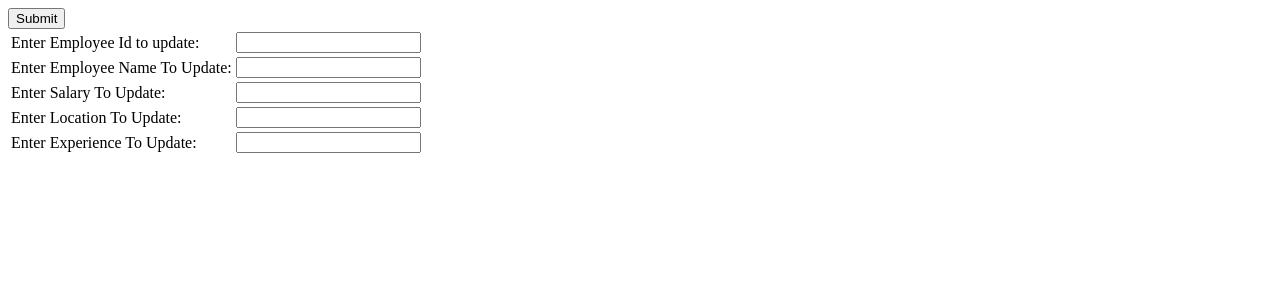
Repository: mounikagunda/corejavaproject
Page: http://localhost/projectjsp1/Update.jsp
An editor plug-in stored every save of this project. The page is shown before and after the next save, followed by the edit.
The browser window is 1280 px wide. The pictures show the whole page.
The page is served by Tomcat 9. Other server files are loaded and not shown.

Above is the page before, as saved 2016-12-21 06:35:55.

### projectjsp1/WebContent/Update.jsp
<%@ page language="java" contentType="text/html; charset=ISO-8859-1"
    pageEncoding="ISO-8859-1"%>
<!DOCTYPE html PUBLIC "-//W3C//DTD HTML 4.01 Transitional//EN" "http://www.w3.org/TR/html4/loose.dtd">
<html>
<head>
<meta http-equiv="Content-Type" content="text/html; charset=ISO-8859-1">
<title>Insert title here</title>
</head>
<body>
<form action="Update" method="post">
<table >

<tr>
      <td>Enter Employee Id to update:</td>
      <td><input type="text" name="employeeId" /></td>
    </tr>

    <tr>
      <td>Enter Employee Name To Update:</td>
      <td><input type="text" name="employeeName" /></td>
    </tr>

     <tr>
      <td>Enter Salary To Update:</td>
      <td><input type="number" name="employeeSalary" /></td>
    </tr>
     <tr>
      <td>Enter Location To Update:</td>
      <td><input type="text" name="employeeLocation" /></td>
    </tr>
    <tr>
      <td>Enter Experience To Update:</td>
      <td><input type="number" name="employeeExp" /></td>
    </tr>
   <!-- <tr>
    <td>Enter Loan to Update:</td>
    <td><input type="number" name="employeeLoan"/></td>
    </tr> -->

<input type="submit" value="Submit">
</table>
</form>
</body>
</html>

After the next save:
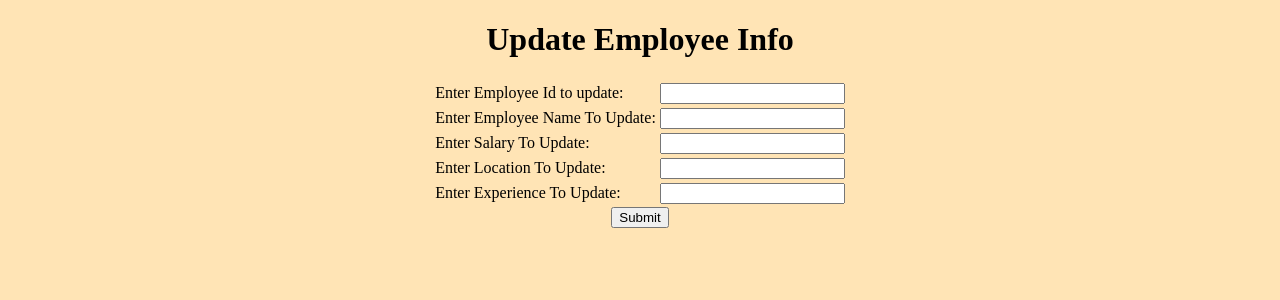
Saved 3 min 28 s later.
--- a/projectjsp1/WebContent/Update.jsp
+++ b/projectjsp1/WebContent/Update.jsp
@@ -7,6 +7,9 @@
 <title>Insert title here</title>
 </head>
 <body>
+<body style="background-color:Moccasin">
+<div align="center">
+<h1>Update Employee Info</h1>
 <form action="Update" method="post">
 <table >
 
@@ -36,9 +39,10 @@
     <td>Enter Loan to Update:</td>
     <td><input type="number" name="employeeLoan"/></td>
     </tr> -->
+</table>
+<input type="submit" value="Submit">
 
-<input type="submit" value="Submit">
-</table>
 </form>
+</div>
 </body>
 </html>
